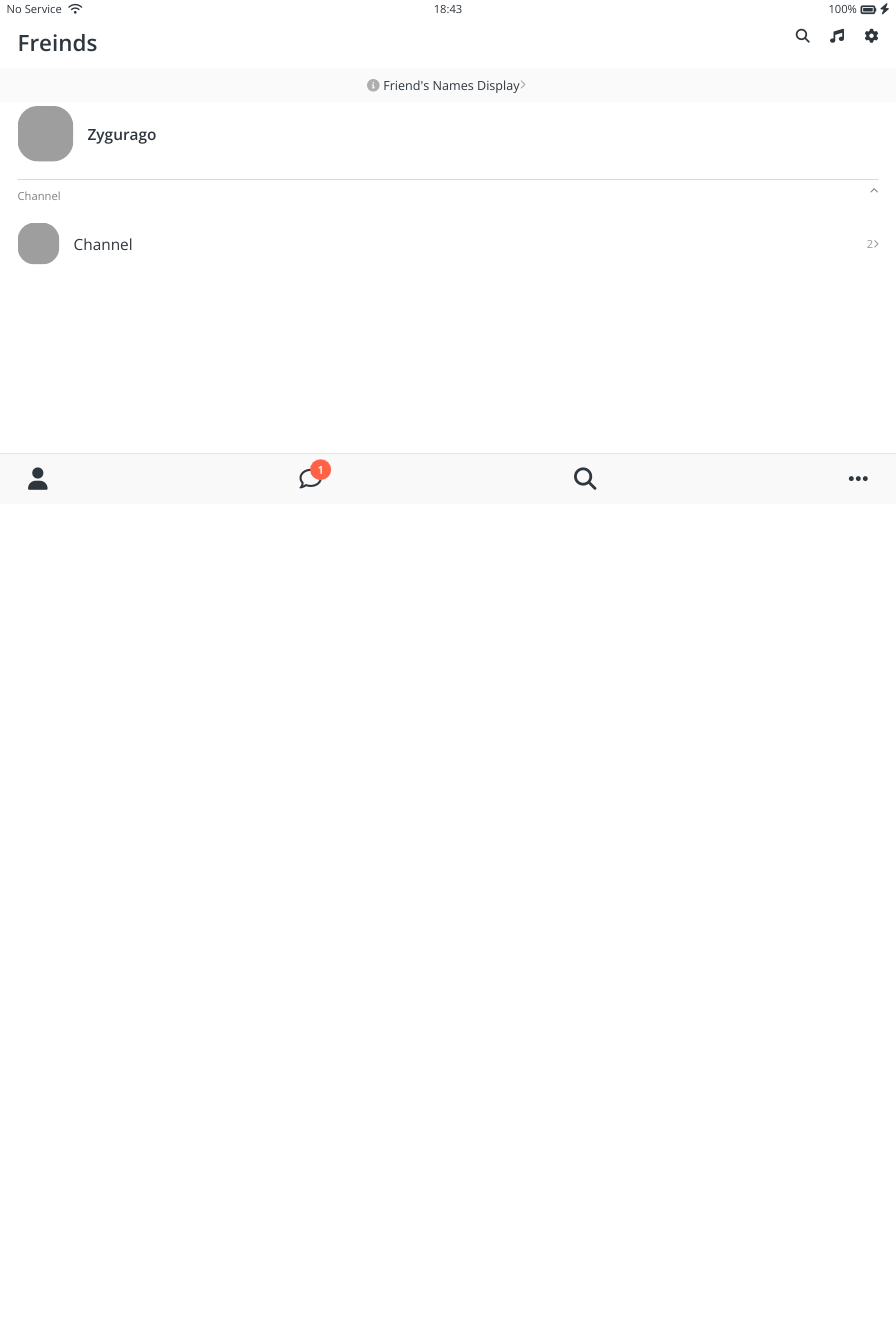
Repository: mocusura12/kokoa-clone-2020
Page: friends.html
An editor plug-in stored every save of this project. The page is shown before and after the next save, followed by the edit.
The browser window is 1280 px wide. The pictures show the part of the page from y = 0 to 1920 px (the page is 7200 px tall), at 70% of full size.
Pictures or frames that could not be fetched are drawn as grey boxes. Some web libraries are served in a nearby version.

Above is the page before, as saved 2022-03-03 23:43:54.

### friends.html
<!DOCTYPE html>
<html lang="en">
  <head>
    <link rel="stylesheet" href="css/styles.css" />
    <meta charset="UTF-8" />
    <meta http-equiv="X-UA-Compatible" content="IE=edge" />
    <meta name="viewport" content="width=device-width, initial-scale=1.0" />
    <title>Friends - Kokoa Clone</title>
  </head>
  <body>
    <div class="status-bar">
      <div class="status-bar__column">
        <span>No Service</span>
        <i class="fas fa-wifi"></i>
      </div>
      <div class="status-bar__column">
        <span>18:43</span>
      </div>
      <div class="status-bar__column">
        <span>100%</span>
        <i class="fas fa-battery-full fa-lg"></i>
        <i class="fas fa-bolt"></i>
      </div>
    </div>
    <header class="screen-header">
      <h1 class="screen-header__title">Freinds</h1>
      <div class="screen-header__icons">
        <span><i class="fas fa-search fa-lg"></i></span>
        <span><i class="fas fa-music fa-lg"></i></span>
        <span><i class="fas fa-cog fa-lg"></i></span>
      </div>
    </header>

    <a id="friends-display-link">
      <i class="fas fa-info-circle"></i>Friend's Names Display<i
        class="fas fa-chevron-right fa-xs"
      ></i>
    </a>

    <main class="friends-screen">
      <div class="user-component">
        <div class="user-component__column">
          <img
            src="https://avatars.githubusercontent.com/u/3612017"
            class="user-component__avatar user-component__avatar--xl"
          />
          <div class="user-component__text">
            <h4 class="user-component__title">Zygurago</h4>
            <!--<h6 class="user-component__subtitle">this text whatever</h6>-->
          </div>
        </div>
        <div class="user-component__column"></div>
      </div>
      <div class="friends-screen__channel">
        <div class="friends-screen__channel-header">
          <span>Channel</span>
          <i class="fas fa-chevron-up fa-xs"></i>
        </div>
        <div class="user-component">
          <div class="user-component__column">
            <img
              src="https://avatars.githubusercontent.com/u/3612017"
              class="user-component__avatar user-component__avatar--sm"
            />
            <div class="user-component__text">
              <h4 class="user-component__title user-component__title--not-bold">
                Channel
              </h4>
              <!--<h6 class="user-component__subtitle">this text whatever</h6>-->
            </div>
          </div>
          <div class="user-component__column">
            <div><span>2</span><i class="fas fa-chevron-right fa-xs"></i></div>
          </div>
        </div>
      </div>
    </main>

    <nav class="nav">
      <ul class="nav__list">
        <li class="nav__btn">
          <a class="nav__link" href="friends.html"
            ><i class="fas fa-user fa-2x"></i
          ></a>
        </li>
        <li class="nav__btn">
          <a class="nav__link" href="chats.html">
            <span class="nav__notification badge">1</span>
            <i class="far fa-comment fa-2x"></i>
          </a>
        </li>
        <li class="nav__btn">
          <a class="nav__link" href="find.html"
            ><i class="fas fa-search fa-2x"></i
          ></a>
        </li>
        <li class="nav__btn">
          <a class="nav__link" href="more.html"
            ><i class="fas fa-ellipsis-h fa-2x"></i
          ></a>
        </li>
      </ul>
    </nav>

    <script
      src="https://kit.fontawesome.com/6478f529f2.js"
      crossorigin="anonymous"
    ></script>
  </body>
</html>

### css/styles.css
@import url("https://fonts.googleapis.com/css2?family=Open+Sans:wght@400;600&display=swap");
@import "reset.css";
@import "variables.css";
/*Components*/
@import "components/status-bar.css";
@import "components/nav-bar.css";
@import "components/screen-header.css";
@import "components/user-component.css";
@import "components/badge.css";
@import "components/icon-row.css";
@import "components/alt-screen-header.css";
/*Screens*/
@import "screens/login.css";
@import "screens/friends.css";
@import "screens/find.css";
@import "screens/more.css";
@import "screens/settings.css";
@import "screens/chat.css";

body {
  font-family: "Open Sans", sans-serif;
  height: 1000vh;
  color: #2e363e;
}

.main-screen {
  padding: 0px var(--horizontal-space);
}

### css/components/status-bar.css
.status-bar {
  position: fixed;
  top: 0;
  width: 100%;
  display: flex;
  justify-content: center;
  padding: 5px 3px;
  box-sizing: border-box;
}

.status-bar__column {
  width: 33%;
}

.status-bar__column:first-child span {
  margin-right: 5px;
}

.status-bar__column:nth-child(2) {
  display: flex;
  justify-content: center;
}

.status-bar__column:last-child {
  display: flex;
  justify-content: flex-end;
  align-items: center;
}

.status-bar__column .fa-battery-full {
  margin: 0px 5px;
}

### css/components/nav-bar.css
.nav {
  position: fixed;
  bottom: 0;
  width: 100%;
  background-color: #f9f9fa;
  padding: 20px 40px;
  box-sizing: border-box;
  border-top: 1px solid rgba(121, 121, 121, 0.3);
}

.nav__list {
  display: flex;
  justify-content: space-between;
}

.nav__link {
  position: relative;
  color: #2e363e;
}

.nav__notification {
  position: absolute;
  left: 15px;
  bottom: 15px;
}

### css/components/screen-header.css
.screen-header {
  display: flex;
  justify-content: space-between;
  align-items: center;
  padding: var(--horizontal-space);
  margin-bottom: 10px;
}

.screen-header__title {
  font-size: 32px;
  font-weight: 600;
  margin-top: 20px;
}

.screen-header__icons span {
  margin-left: 25px;
}

### css/components/user-component.css
.user-component {
  justify-content: space-between;
}

.user-component,
.user-component__column:first-child {
  display: flex;
  align-items: center;
}

.user-component__avatar {
  width: 70px;
  height: 70px;
  border-radius: 27px;
  margin-right: 20px;
}

.user-component__title {
  font-weight: 600;
  font-size: 22px;
}

.user-component__subtitle {
  margin-top: 8px;
  font-size: 17px;
  color: rgba(0, 0, 0, 0.5);
}

.user-component__avatar--xl {
  width: 80px;
  height: 80px;
  border-radius: 30px;
  margin-right: 20px;
}

.user-component__avatar--sm {
  width: 60px;
  height: 60px;
  border-radius: 25px;
}

.user-component__title--not-bold {
  font-weight: 400;
}

.user-component__column:last-child {
  color: rgba(0, 0, 0, 0.4);
  display: flex;
  flex-direction: column;
  align-items: flex-end;
}

.user-component__time {
  margin-bottom: 10px;
  display: block;
}

### css/components/icon-row.css
.icon-row {
  display: flex;
  justify-content: space-between;
  padding-bottom: 25px;
}

.icon-row__icon {
  display: flex;
  flex-direction: column;
  align-items: center;
}

.icon-row__icon i {
  font-size: 35px;
}

.icon-row__icon span {
  margin-top: 15px;
}

### css/components/alt-screen-header.css
.alt-header {
  padding: var(--horizontal-space);
  padding-top: 50px;
  margin-bottom: 10px;
  display: flex;
  align-items: center;
  justify-content: center;
}

.alt-header__title {
  font-size: 28px;
  font-weight: 600;
}

.alt-header__column:first-child {
  margin-right: auto;
}

.alt-header__column:last-child {
  margin-left: auto;
}

### css/screens/login.css
.welcome-header {
  margin: 90px 0px;
  text-align: center;
  display: flex;
  flex-direction: column;
  align-items: center;
  font-weight: 600;
}

.welcome-header__title {
  margin-bottom: 30px;
  font-size: 25px;
}

.welcome-header__text {
  width: 60%;
  opacity: 0.7;
}

#login-form {
  display: flex;
  flex-direction: column;
  margin: 0px 30px;
}

#login-form input {
  border: none;
  padding: 15px 0px;
  font-size: 18px;
  margin-bottom: 25px;
}

#login-form input:not([type="submit"]) {
  border-bottom: 1px solid rgba(0, 0, 0, 0.2);
  transition: border-color 0.3s ease-in-out;
}

#login-form input::placeholder {
  color: rgba(0, 0, 0, 0.4);
}

#login-form input:focus {
  border-color: var(--yellow);
}

#login-form input[type="submit"] {
  background-color: var(--yellow);
  cursor: pointer;
  padding: 20px 0px;
  border-radius: 5px;
}

#login-form a {
  text-align: center;
  text-decoration: none;
  color: inherit;
  font-size: 13px;
}

### css/screens/friends.css
#friends-display-link {
  text-align: center;
  display: block;
  background-color: #fafafa;
  padding: 15px 0px;
  font-size: 18px;
  margin-bottom: 5px;
  margin-top: -15px;
}

#friends-display-link i {
  color: rgba(0, 0, 0, 0.3);
  margin-right: 5px;
}

.friends-screen {
  padding: 0px var(--horizontal-space);
}

.friends-screen__channel {
  margin-top: 25px;
  border-top: 1px solid rgba(0, 0, 0, 0.2);
  padding-top: 15px;
}

.friends-screen__channel-header {
  margin-bottom: 30px;
  display: flex;
  justify-content: space-between;
  color: rgba(0, 0, 0, 0.5);
}

### css/screens/find.css
.recommended-friends {
  margin: 25px 0px;
  padding: 25px 0px;
  border-top: var(--main-border);
  border-bottom: var(--main-border);
}

.recommended-friends__title {
  font-size: 14px;
  color: rgba(0, 0, 0, 0.5);
}

.recommended-friends span {
  margin: 100px 0;
  display: block;
  text-align: center;
  font-size: 18px;
  color: rgba(0, 0, 0, 0.5);
}

.open-chat__header {
  display: flex;
  justify-content: space-between;
  opacity: 0.8;
  margin-bottom: 25px;
}

.open-chat__header span {
  opacity: 0.6;
}
.open-post {
  display: flex;
  justify-content: space-between;
  align-items: center;
}

.open-post__title {
  font-weight: 600;
  margin-bottom: 7px;
}

.open-post__hashtags {
  text-transform: uppercase;
  opacity: 0.6;
}

.open-post__members {
  margin-top: 7px;
  display: flex;
  align-items: center;
}

.open-post__members img {
  width: 15px;
  height: 15px;
  border-radius: 50%;
  margin-right: 5px;
}

.open-post__members-count {
  opacity: 0.5;
  font-size: 14px;
}

.open-post__members .divider {
  width: 1px;
  height: 15px;
  margin: 0 5px;
  background-color: rgba(0, 0, 0, 0.2);
}

.open-post__members-status {
  color: #ffb0e0;
}

.open-post__photo {
  position: relative;
}

.open-post__photo img {
  width: 120px;
  height: 120px;
  border-radius: 10px;
}

.open-post__heart-count {
  background-color: rgba(0, 0, 0, 0.8);
  color: white;
  padding: 5px;
  border-radius: 20px;
  display: flex;
  align-items: center;
  position: absolute;
  bottom: 10px;
  right: 10px;
  font-size: 12px;
}

.open-post__heart-count span {
  margin-left: 5px;
}

@keyframes heartBeat {
  0% {
    color: white;
  }
  50% {
    color: tomato;
    transform: scale(1.5);
  }
  100% {
    color: white;
  }
}

.open-post__heart-count:hover i {
  will-change: transform;
  animation: heartBeat 1s linear infinite;
}

Loaded but not shown: css/reset.css (common file); css/variables.css (common file); css/components/badge.css (common file); css/screens/more.css (common file); css/screens/settings.css (common file); css/screens/chat.css (common file)

After the next save:
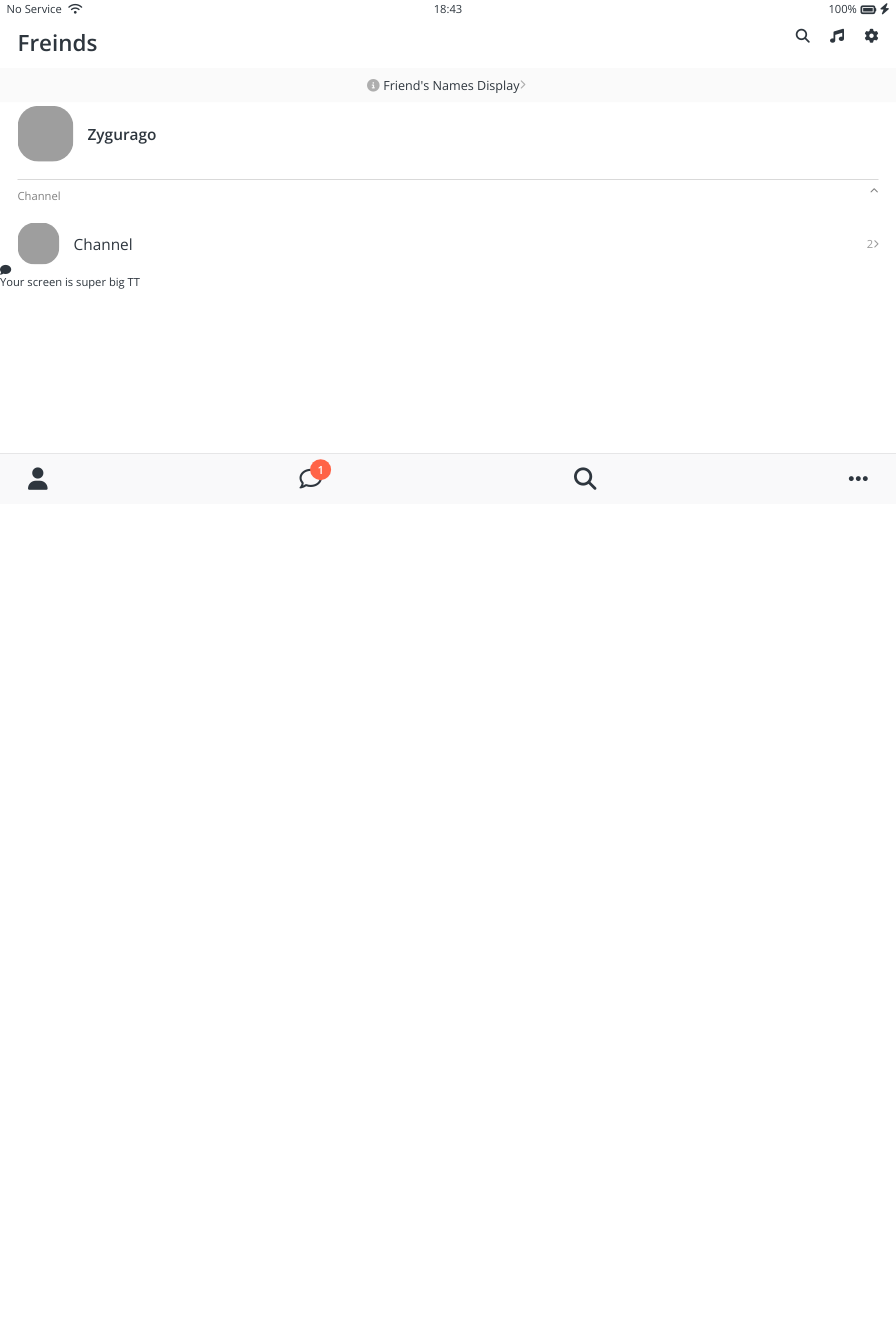
Saved 3 days later.
--- a/friends.html
+++ b/friends.html
@@ -95,12 +95,21 @@
           ></a>
         </li>
         <li class="nav__btn">
-          <a class="nav__link" href="more.html"
-            ><i class="fas fa-ellipsis-h fa-2x"></i
-          ></a>
+          <a class="nav__link" href="more.html">
+            <i class="fas fa-ellipsis-h fa-2x"></i>
+            <div class="nav__more-notification badge__dot"></div>
+          </a>
         </li>
       </ul>
     </nav>
+
+    <div id="splash-screen">
+      <i class="fas fa-comment"></i>
+    </div>
+
+    <div id="no-mobile">
+      <span>Your screen is super big TT</span>
+    </div>
 
     <script
       src="https://kit.fontawesome.com/6478f529f2.js"
